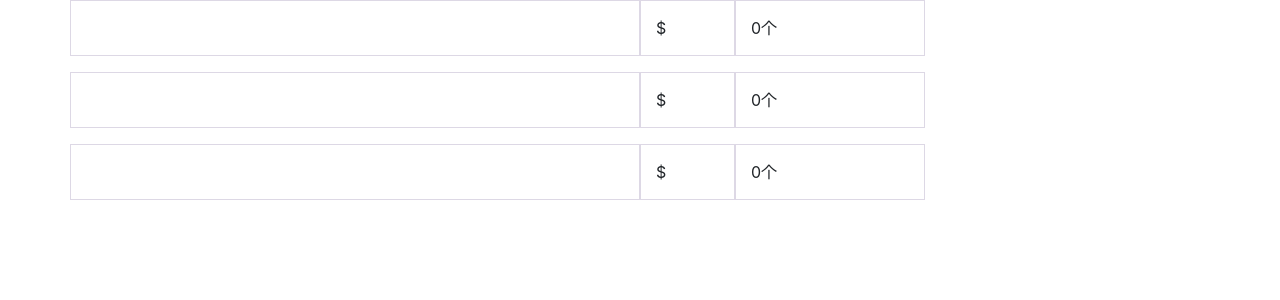
Repository: cuilongshui/reaact_dom
Page: /
The author's editor kept a copy of each file at every save. The page is drawn from the files as they stood at one save, then again after the next save.
The browser window is 1280 px wide. The pictures show the whole page.
The project was rebuilt for these pictures with package versions that can differ from the ones it lists, and the page was loaded fresh each time. Also part of the build but not shown: src/App.css.

Above is the page before, as saved 2020-12-10 22:16:07.

### public/index.html
<!DOCTYPE html>
<html lang="en">
  <head>
    <meta charset="utf-8" />
    <link rel="icon" href="%PUBLIC_URL%/favicon.ico" />
    <meta name="viewport" content="width=device-width, initial-scale=1" />
    <meta name="theme-color" content="#000000" />
    <meta
      name="description"
      content="Web site created using create-react-app"
    />

    <title>React App</title>
  </head>
  <body>
    <noscript>You need to enable JavaScript to run this app.</noscript>
    <div id="root"></div>
  </body>
</html>

### src/index.js
/*
 * @Author: your name
 * @Date: 2020-12-04 23:02:56
 * @LastEditTime: 2020-12-09 22:44:31
 * @LastEditors: Please set LastEditors
 * @Description: In User Settings Edit
 * @FilePath: \my-app\src\index.js
 */
import React from 'react';
import ReactDOM from 'react-dom';
import './index.css';
import "bootstrap/dist/css/bootstrap.css";
import App from './App';


ReactDOM.render(
  <App/>,
  document.getElementById('root')
);

### src/index.css
body {
  margin: 0;
  font-family: -apple-system, BlinkMacSystemFont, 'Segoe UI', 'Roboto', 'Oxygen',
    'Ubuntu', 'Cantarell', 'Fira Sans', 'Droid Sans', 'Helvetica Neue',
    sans-serif;
  -webkit-font-smoothing: antialiased;
  -moz-osx-font-smoothing: grayscale;
}

code {
  font-family: source-code-pro, Menlo, Monaco, Consolas, 'Courier New',
    monospace;
}

.themed-grid-col {
  padding-top: 15px;
  padding-bottom: 15px;
  background-color: rgba(255,255,255);
  border: 1px solid rgba(86, 61, 124, .2);
}

.themed-grid-col-s {
  padding-top: 15px;
  padding-bottom: 15px;
  background-color: rgba(86, 61, 124, .15);
  border: 1px solid rgba(86, 61, 124, .2);
}

### src/App.js
/*
 * @Author: cui
 * @Date: 2020-12-04 23:02:56
 * @LastEditors: cui
 * @LastEditTime: 2020-12-10 22:13:54
 * @Description:
 */
import "./App.css";
import ListItem from "./components/listItem";

const listData = [
  {
    id: 1,
    title: "sony 65寸高清电视",
    prize: 4000,
  },
  {
    id: 2,
    title: "华为 Meta30",
    prize: 6000,
  },
  {
    id: 3,
    title: "华硕 玩家国度笔记本",
    prize: 10000,
  },
];

function App() {
  return (
    //  <React.Fragments></React.Fragments>
    // 包含子元素无需生成多余的子节点  简写为---->  <></>
    <>
      <div className="container">
        <ListItem data={ listData[0]}/>
        <ListItem data={ listData[1]}/>
        <ListItem data={ listData[2]}/>
      </div>
    </>
  );
}

export default App;

### src/components/listItem.jsx
/*
 * @Author: your name
 * @Date: 2020-12-09 20:45:07
 * @LastEditTime: 2020-12-10 22:16:07
 * @LastEditors: cui
 * @Description: In User Settings Edit
 * @FilePath: \my-app\src\components\listItem.jsx
 */
import React, { Component } from "react";


let count = 0;

class ListItem extends Component {

  constructor(props) {
    super()
  }

  manageCount() {
    return count + '个'
  }


  render() {
    return (
      <div className="row mb-3">
        <div className="col-6 themed-grid-col">{this.props.data.name}</div>
        <div className="col-1 themed-grid-col">${this.props.data.price}</div>
        <div className="col-2 themed-grid-col">{this.manageCount()} </div>
      </div>
    );
  }
}
export default ListItem;

After the next save:
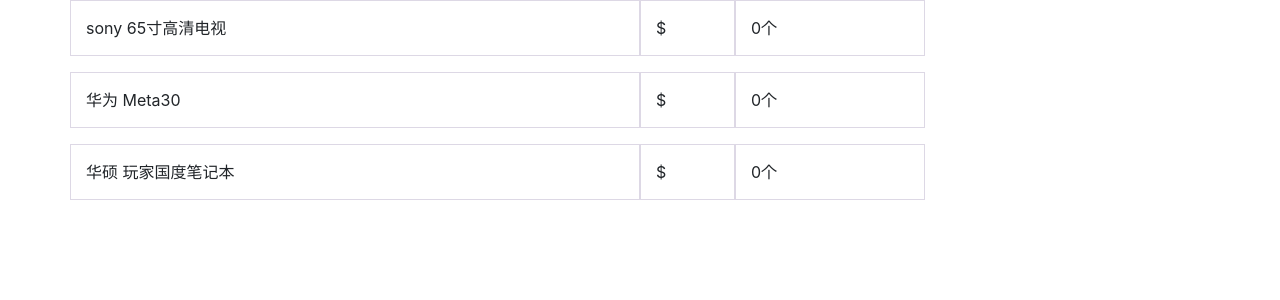
Saved 26 s later.
--- a/src/components/listItem.jsx
+++ b/src/components/listItem.jsx
@@ -1,7 +1,7 @@
 /*
  * @Author: your name
  * @Date: 2020-12-09 20:45:07
- * @LastEditTime: 2020-12-10 22:16:07
+ * @LastEditTime: 2020-12-10 22:16:33
  * @LastEditors: cui
  * @Description: In User Settings Edit
  * @FilePath: \my-app\src\components\listItem.jsx
@@ -25,7 +25,7 @@
   render() {
     return (
       <div className="row mb-3">
-        <div className="col-6 themed-grid-col">{this.props.data.name}</div>
+        <div className="col-6 themed-grid-col">{this.props.data.title}</div>
         <div className="col-1 themed-grid-col">${this.props.data.price}</div>
         <div className="col-2 themed-grid-col">{this.manageCount()} </div>
       </div>
